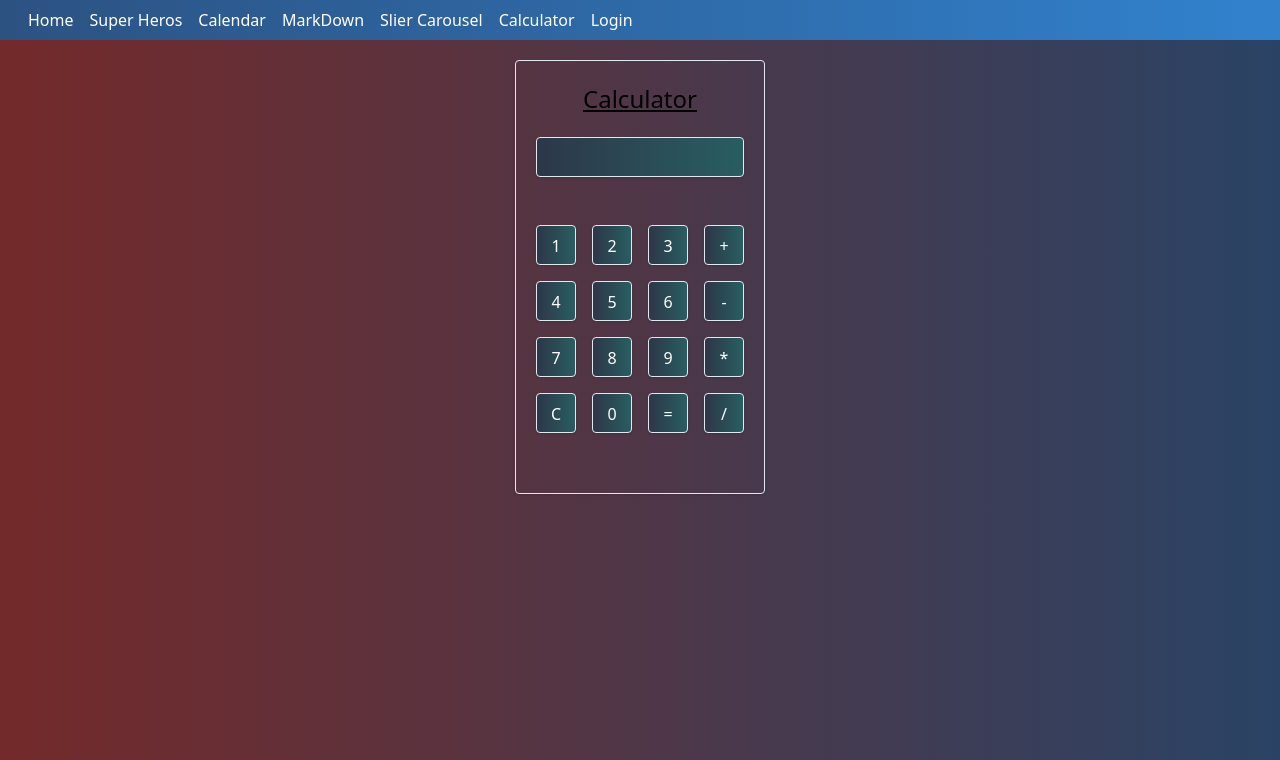
Repository: kshvkndl/VueFullCoursePractice
Page: /calculator
The author's editor kept a copy of each file at every save. The page is drawn from the files as they stood at one save, then again after the next save.
The browser window is 1280 px wide. The pictures show the whole page.
The project was rebuilt for these pictures with package versions that can differ from the ones it lists, and the page was loaded fresh each time. Also part of the build but not shown: src/components/login/GoogleLogin.vue, src/components/LoginModal.vue, src/pages/SuperHeros.vue, src/pages/Calender.vue, src/pages/Home.vue, src/utilities/mixins/debounce.js, src/pages/MarkDown.vue, src/pages/Slider.vue.

Above is the page before, as saved 2020-11-24 17:26:57.

After the next save:
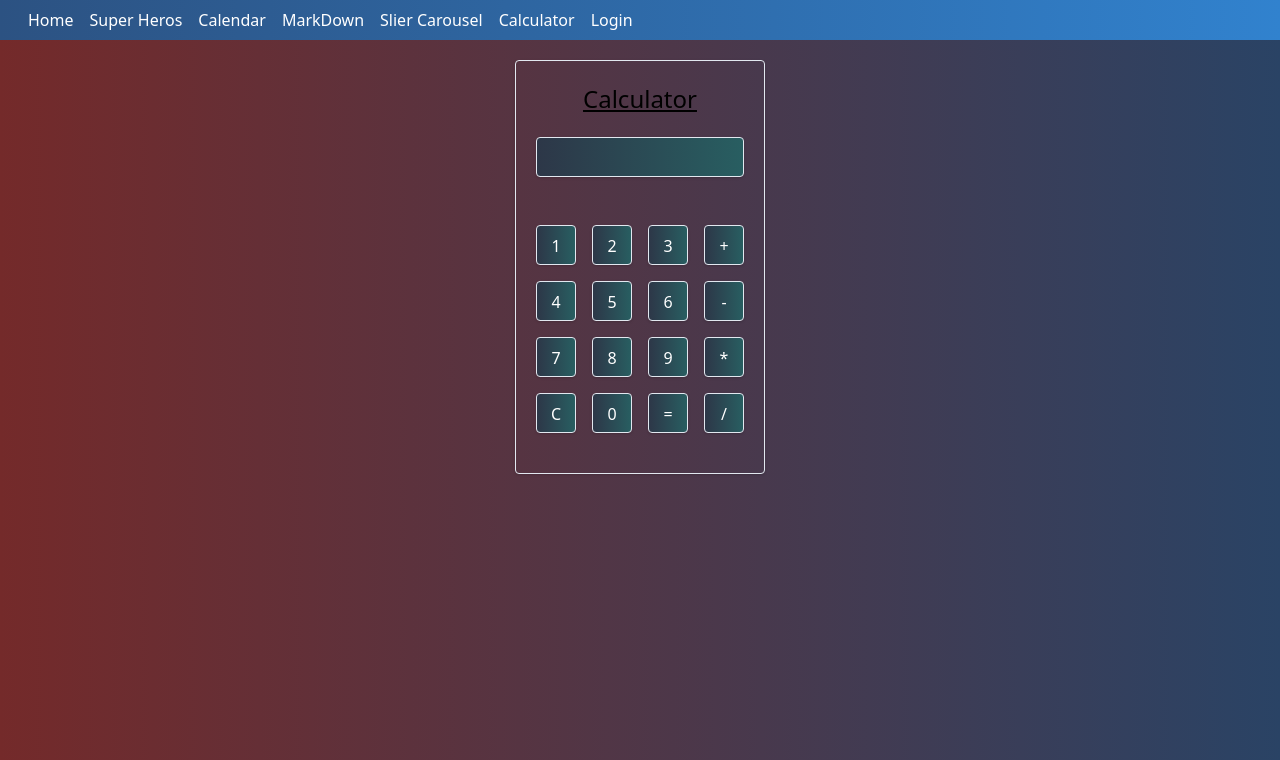
Saved 52 s later.
--- a/src/pages/Calculator.vue
+++ b/src/pages/Calculator.vue
@@ -15,7 +15,7 @@
         <small> {{ prevNum }} {{ selectedOperation }} {{ currentNum }} </small>
       </div>
 
-      <div class="mb-10 grid grid-cols-4 gap-4">
+      <div class="mb-5 grid grid-cols-4 gap-4">
         <button
           @click="buttonPressed('1')"
           class="p-2 border shadow w-10 h-10 rounded text-white bg-gradient-to-r from-gray-800 to-teal-800"
